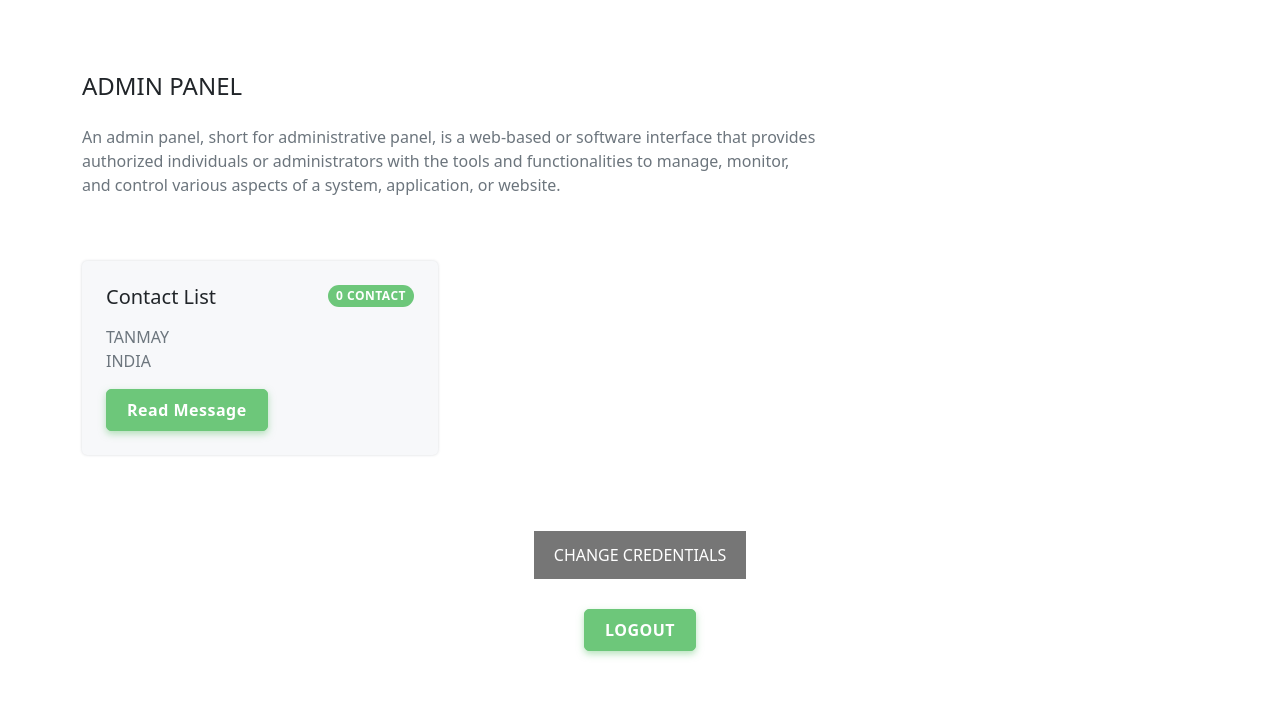
Repository: Tanmay-Kayande/Myportfolio
Page: http://localhost/myproject/admin.jsp
These files come from the project's save history. The page is drawn as it stood at one moment and after the next save; the edit follows.
The browser window is 1280 px wide. The pictures show the whole page.
Some web libraries are served in a nearby version. The page is served by Tomcat 9. The session is filled in as if someone had signed in: {"login": "exist"}.

Above is the page before, as saved 2024-01-23 09:22:39.

After the next save:
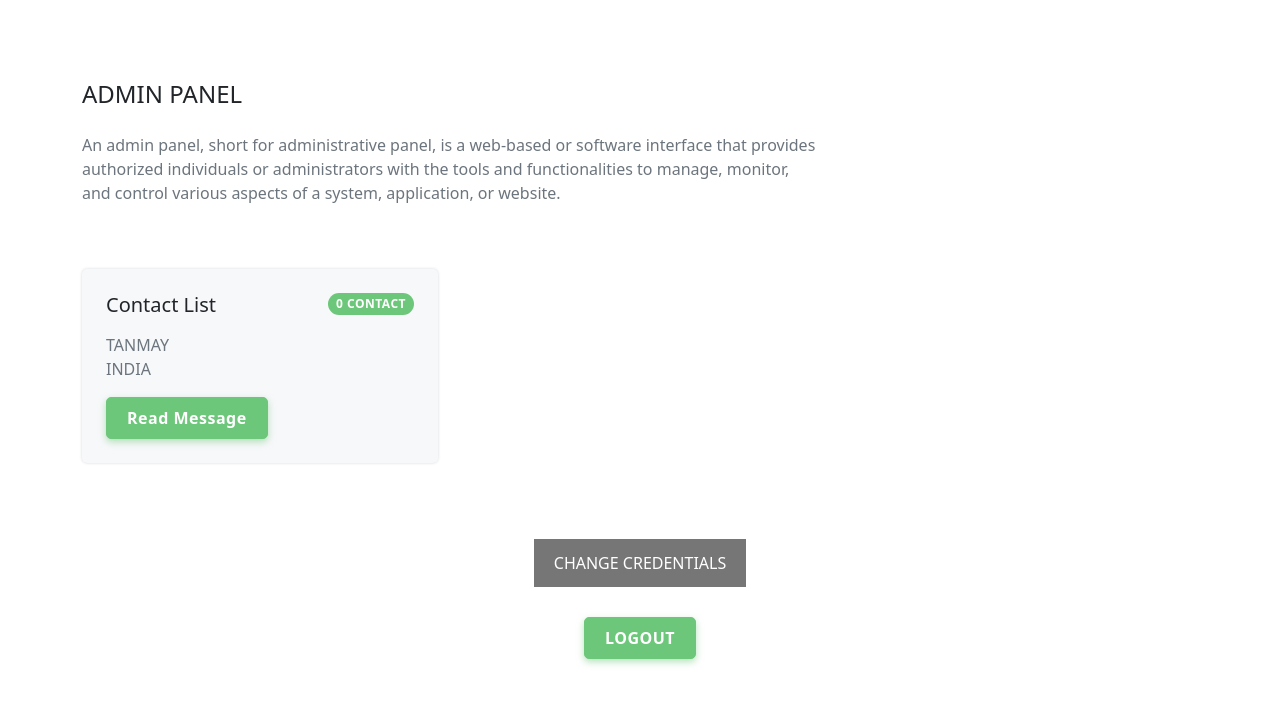
Saved 57 s later.
--- a/myproject/src/main/webapp/admin.jsp
+++ b/myproject/src/main/webapp/admin.jsp
@@ -199,7 +199,7 @@ a {
 <body>
 
 	<div class="container mt-5 pt-4">
-	<%@include file = "message.jsp" %>
+	<h3><%@include file = "message.jsp" %></h3>
 		<div class="row align-items-end mb-4 pb-2">
 			<div class="col-md-8">
 				<div class="section-title text-center text-md-start">
